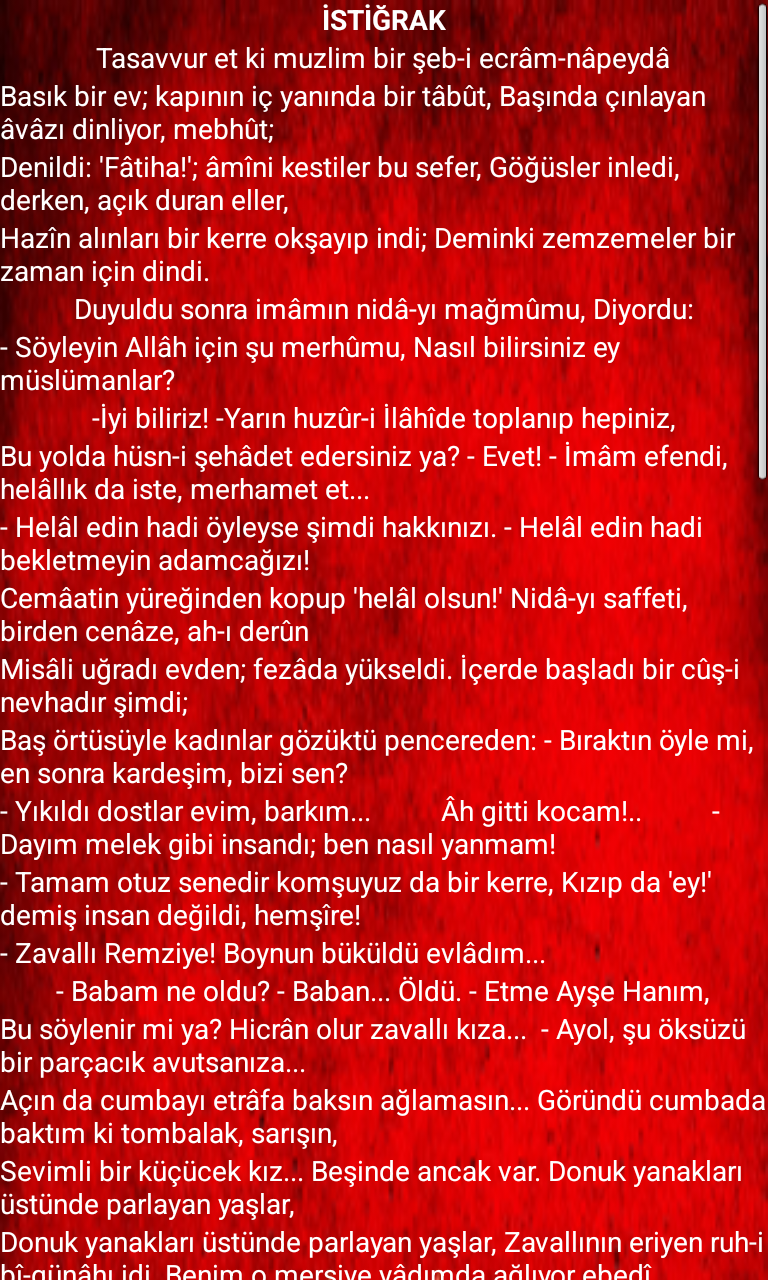
Repository: dokayazilim/Safahat-Android--Uygulamasi
Layout: safahat(android)/Safahat/res/layout/kitap30.xml
An editor plug-in stored every save of this project. The layout is shown before and after the next save, followed by the edit.
It is drawn on a 768 x 1280 px phone screen (xhdpi) without system bars, with theme android:Theme; the app's code is not run.

Above is the layout before, as saved 2012-09-07 14:43:38.

After the next save:
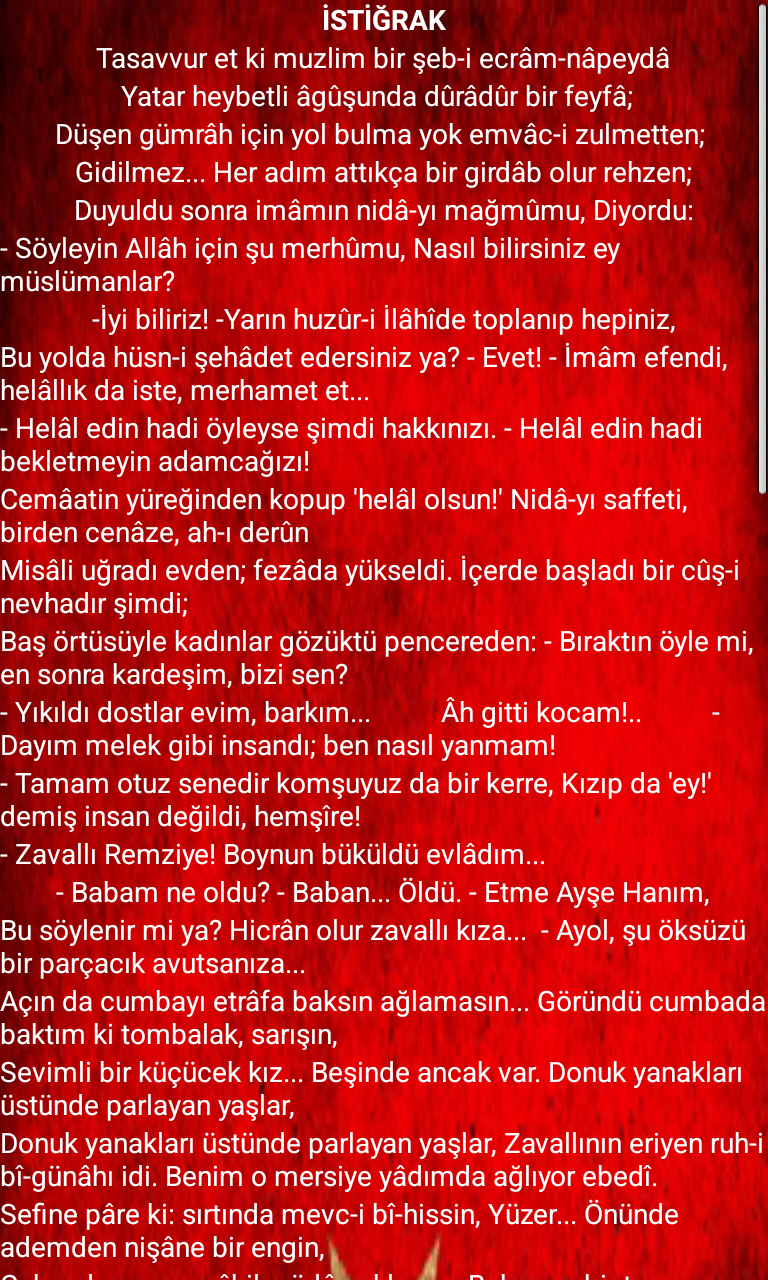
Saved 39 s later.
--- a/safahat(android)/Safahat/res/layout/kitap30.xml
+++ b/safahat(android)/Safahat/res/layout/kitap30.xml
@@ -19,21 +19,17 @@
         android:id="@+id/textView3"
         android:layout_width="wrap_content"
         android:layout_height="wrap_content"
-        android:text="Basık bir ev; kapının iç yanında bir tâbût,
-Başında çınlayan âvâzı dinliyor, mebhût;  " android:textColor="#ffffff" android:layout_gravity="center"/>
+        android:text="Yatar heybetli âgûşunda dûrâdûr bir feyfâ;  " android:textColor="#ffffff" android:layout_gravity="center"/>
 <TextView
         android:id="@+id/textView4"
         android:layout_width="wrap_content"
         android:layout_height="wrap_content"
-        android:text="Denildi: 'Fâtiha!'; âmîni kestiler bu sefer,
-Göğüsler inledi, derken, açık duran eller," android:textColor="#ffffff" android:layout_gravity="center"/>
+        android:text="Düşen gümrâh için yol bulma yok emvâc-i zulmetten; " android:textColor="#ffffff" android:layout_gravity="center"/>
 <TextView
         android:id="@+id/textView5"
         android:layout_width="wrap_content"
         android:layout_height="wrap_content"
-        android:text="Hazîn alınları bir kerre okşayıp indi;
-Deminki zemzemeler bir zaman için dindi.
-" android:textColor="#ffffff" android:layout_gravity="center"/>
+        android:text="Gidilmez... Her adım attıkça bir girdâb olur rehzen;" android:textColor="#ffffff" android:layout_gravity="center"/>
 <TextView
         android:id="@+id/textView6"
         android:layout_width="wrap_content"
